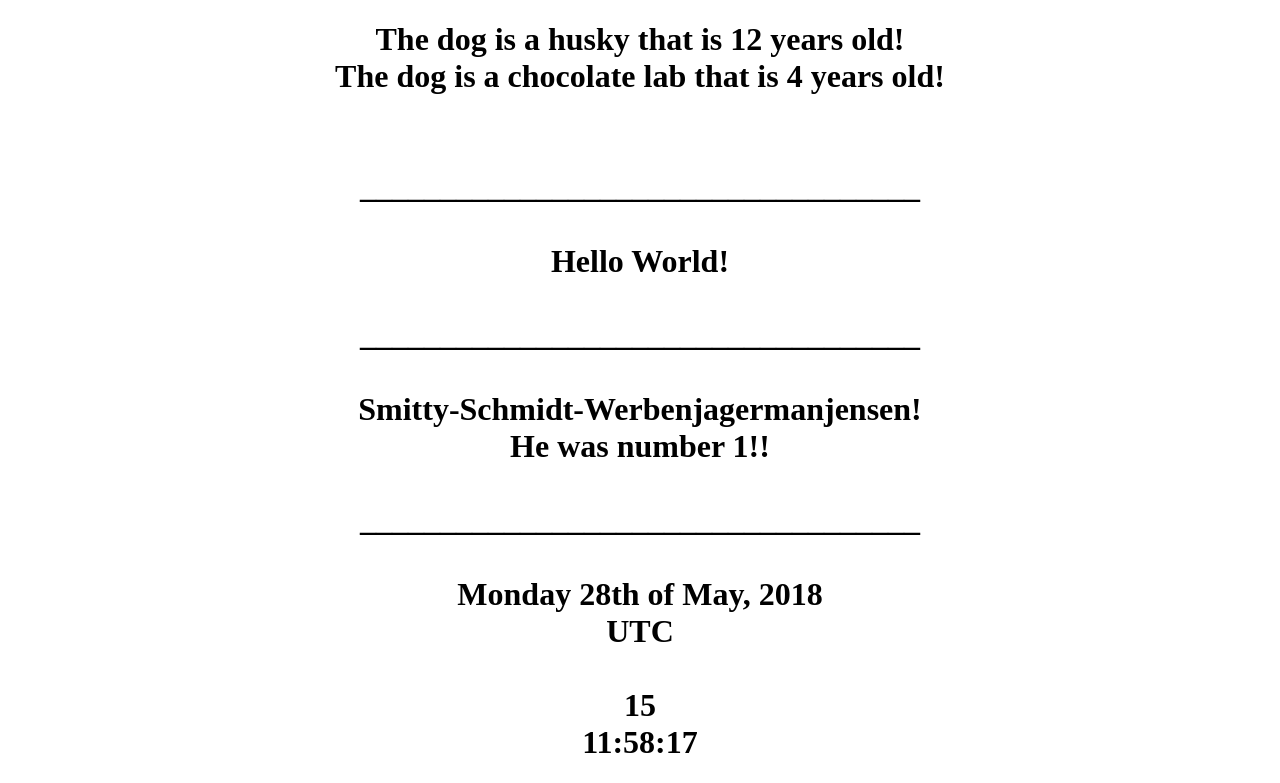
Repository: Lexscher/PHP-practice
Page: http://localhost/
The author's editor kept a record of every edit. The page is drawn from the files as they stood at one moment, then again after the next edit.
The browser window is 1280 px wide. The pictures show the whole page.
The page is run by PHP 8.4 with error messages shown; the project is at /var/www/html/.

Above is the page before.

After the next edit:
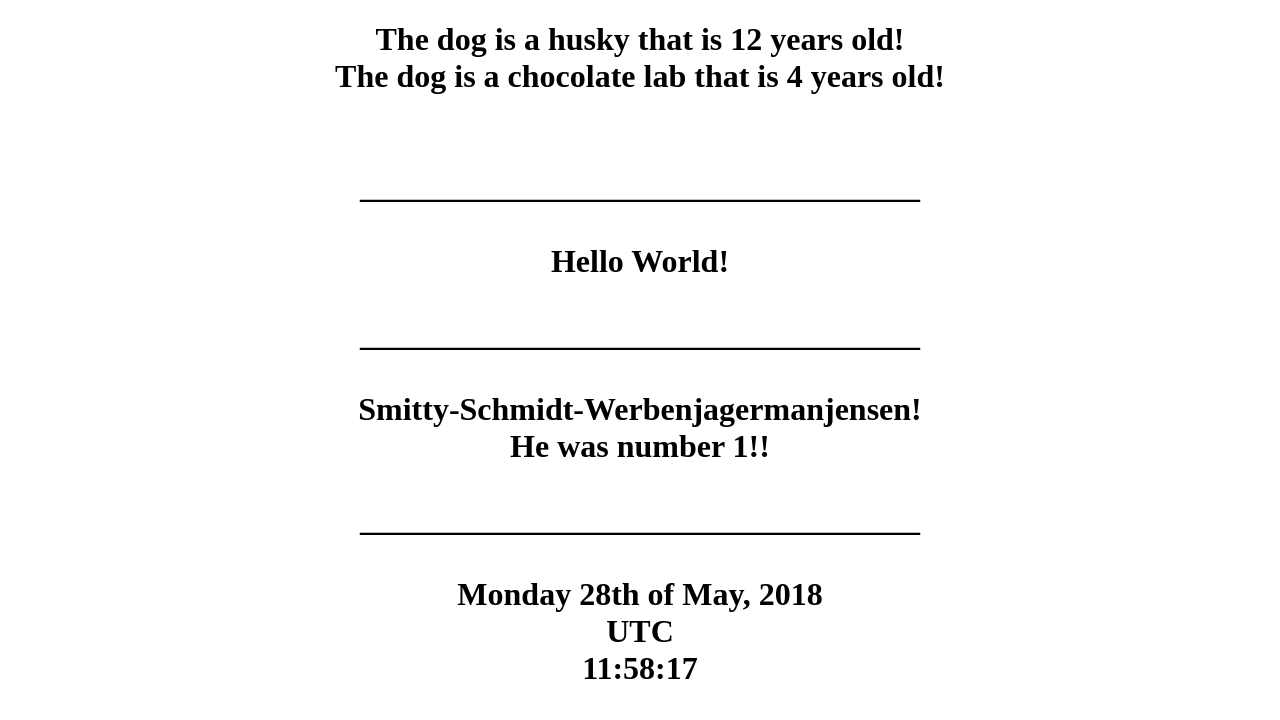
The edit:
--- a/index.php
+++ b/index.php
@@ -62,7 +62,6 @@
                 function eastCostenization($str) {
 
                    $str = date($str) + 0;
-                    echo "<br />" . $str . "<br />";
                     $str = $str - 4;
                     // if we're in military time.
                     if ($str > 12) {
